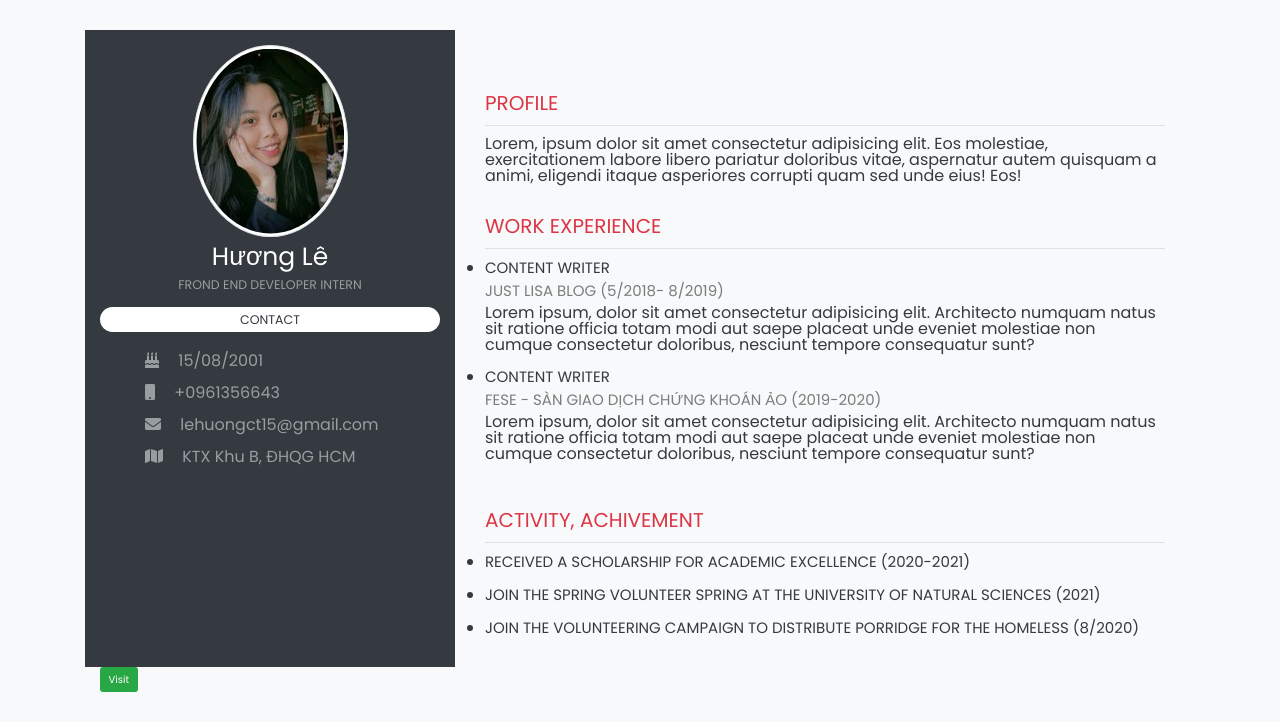
Repository: huongle158/cvhuongle
Page: index.html
An editor plug-in stored every save of this project. The page is shown before and after the next save, followed by the edit.
The browser window is 1280 px wide. The pictures show the whole page.
Some web libraries are served in a nearby version.

Above is the page before, as saved 2021-12-13 01:30:37.

### index.html
<!DOCTYPE html>
<html lang="en">
  <head>
    <title>Resume</title>
    <link
      href="https://fonts.googleapis.com/css2?family=Poppins:wght@400;600&display=swap"
      rel="stylesheet"
    />
    <link rel="stylesheet" href="https://cdnjs.cloudflare.com/ajax/libs/font-awesome/5.10.0/css/all.min.css" integrity="sha512-PgQMlq+nqFLV4ylk1gwUOgm6CtIIXkKwaIHp/PAIWHzig/lKZSEGKEysh0TCVbHJXCLN7WetD8TFecIky75ZfQ==" crossorigin="anonymous" referrerpolicy="no-referrer" />
    <!-- Required meta tags -->
    <meta charset="utf-8" />
    <meta
      name="viewport"
      content="width=device-width, initial-scale=1, shrink-to-fit=no"
    />

    <!-- Bootstrap CSS -->
    <link
      rel="stylesheet"
      href="https://stackpath.bootstrapcdn.com/bootstrap/4.3.1/css/bootstrap.min.css"
      integrity="sha384-ggOyR0iXCbMQv3Xipma34MD+dH/1fQ784/j6cY/iJTQUOhcWr7x9JvoRxT2MZw1T"
      crossorigin="anonymous"
    />
    <link rel="stylesheet" href="./assets/css/style.css" />
  </head>
  <body class="bg-light">
    <div class="container p-5">
      <div class="row">

        <div class="col-lg-4 bg-dark text-white text-center py-4">
          <div class="header-left">
            <img
              src="./assets/img/188108614_380364193279457_3096500343222530064_n (1).jpg"
              alt=""
              class="img-thumbnail rounded-circle mb-2"
            />
            <h1 class="display-5">Hương Lê</h1>
            <h4 class="lead text-uppercase text-white-50 mb-4">
              Frond End Developer Intern
            </h4>
          </div>

          <div>
              <h5 class="text-uppercase bg-white text-dark py-2 rounded-pill mb-4" >contact</h5>
              <ul class="list-unstyled text-white-50 ml-5 py-2 text-left">
                  <li class="list-item mb-4">
                      <i class="fas fa-birthday-cake mx-4"></i>
                     15/08/2001
                  </li>
                  <li class="list-item mb-4">
                      <i class="fa fa-mobile mx-4"></i>
                      +0961356643
                  </li>
                  <li class="list-item mb-4">
                      <i class="fa fa-envelope mx-4"></i>
                      lehuongct15@gmail.com
                  </li>
                  <li class="list-item mb-4">
                      <i class="fa fa-map mx-4"></i>
                      KTX Khu B, ĐHQG HCM
                  </li>
              </ul>
          </div>
          <div class="m-skill">
              <!-- <h5 class="text-uppercase bg-white text-dark py-2 rounded-pill mb-4" >skills</h5>
              <ul class="list text-white-50 ml-5 py-2 text-left text-capitalize">
                <li class="list-item mb-4">Writing skills</li>
                <li class="list-item mb-4">English skills</li>
                <li class="list-item mb-4">Basically using Figma, Git</li>
                <li class="list-item mb-4">draw diagrams related to Business Analystt</li>
              </ul> -->
          </div>

        </div>

        <div class="col-lg-8 bg-light text-dark py-4 px-5">
             <div class="header-right mb-5 m-education">
                <!-- <h2 class="text-uppercase text-danger">Education</h2>
                <hr>
                 <ul class="list">
                <li class="list-item mb-4">University of Economic and Laws - VNU - HCM ( 8/2019 - Now)</li>
                <li class="list-item mb-4">Management Information System Major (MIS)</li>
                <li class="list-item mb-4">GPA: 7.74</li>
              </ul> -->
            </div>

            <br>
            <div class="header-right mb-5">
                <h2 class="text-uppercase text-danger">profile</h2>
                <hr>
                <p>Lorem, ipsum dolor sit amet consectetur adipisicing elit. Eos molestiae, exercitationem labore libero pariatur doloribus vitae, aspernatur autem quisquam a animi, eligendi itaque asperiores corrupti quam sed unde eius! Eos!</p>

            </div>

            <div class="mb-5">
                <h2 class="text-uppercase text-danger">Work Experience</h2>
                <hr>
                <ul class="list">
                <li class="list-item mb-4">
                    <h4 class="display-6 text-uppercase">Content Writer</h4>
                    <h4 class="text-uppercase text-black-50">Just Lisa blog  (5/2018- 8/2019) </h4>
                    <p>Lorem ipsum, dolor sit amet consectetur adipisicing elit. Architecto numquam natus sit ratione officia totam modi aut saepe placeat unde eveniet molestiae non cumque consectetur doloribus, nesciunt tempore consequatur sunt?</p>
                </li>
                 <li class="list-item mb-4">
                    <h4 class="display-6 text-uppercase">Content Writer</h4>
                    <h4 class="text-uppercase text-black-50">FESE - Sàn Giao dịch Chứng khoán ảo (2019-2020)</h4>
                    <p>Lorem ipsum, dolor sit amet consectetur adipisicing elit. Architecto numquam natus sit ratione officia totam modi aut saepe placeat unde eveniet molestiae non cumque consectetur doloribus, nesciunt tempore consequatur sunt?</p>
                </li>

              </ul>

            </div>
            <br>
             <div class="m-activity">
                <h2 class="text-uppercase text-danger">Activity, Achivement</h2>
                <hr>
                <ul class="list">

                 <li class="list-item mb-4">
                    <h4 class="display-6 text-uppercase">Received a scholarship for academic excellence (2020-2021)</h4>
                </li>
                <li class="list-item mb-4">
                    <h4 class="display-6 text-uppercase">Join the Spring Volunteer Spring at the University of Natural Sciences (2021)</h4>
                </li>
                <li class="list-item mb-4">
                    <h4 class="display-6 text-uppercase">Join the volunteering campaign to distribute porridge for the homeless (8/2020)</h4>
                </li>

              </ul>

            </div>
        </div>
      </div>
      <button type="button" class="btn btn-success" onclick="displayEducation()">Visit</button>
    </div>

    <!-- Optional JavaScript -->
    <!-- jQuery first, then Popper.js, then Bootstrap JS -->
    <script
      src="https://code.jquery.com/jquery-3.3.1.slim.min.js"
      integrity="sha384-q8i/X+965DzO0rT7abK41JStQIAqVgRVzpbzo5smXKp4YfRvH+8abtTE1Pi6jizo"
      crossorigin="anonymous"
    ></script>
    <script
      src="https://cdnjs.cloudflare.com/ajax/libs/popper.js/1.14.7/umd/popper.min.js"
      integrity="sha384-UO2eT0CpHqdSJQ6hJty5KVphtPhzWj9WO1clHTMGa3JDZwrnQq4sF86dIHNDz0W1"
      crossorigin="anonymous"
    ></script>
    <script
      src="https://stackpath.bootstrapcdn.com/bootstrap/4.3.1/js/bootstrap.min.js"
      integrity="sha384-JjSmVgyd0p3pXB1rRibZUAYoIIy6OrQ6VrjIEaFf/nJGzIxFDsf4x0xIM+B07jRM"
      crossorigin="anonymous"
    ></script>
    <script src="./assets/js/main.js"></script>
  </body>
</html>

### assets/css/style.css
html {
  box-sizing: border-box;
  font-family: 'Roboto', sans-serif;
}
* {
  margin: 0;
  padding: 0;
}
*,
*:before,
*:after {
  box-sizing: border-box;
}
input,
textarea,
select,
button {
  outline: none;
}
input {
  line-height: normal;
}
label,
button {
  cursor: pointer;
}
a {
  text-decoration: none;
}
img {
  display: block;
  max-width: 100%;
}
*,
*:before,
*:after {
  box-sizing: border-box;
}
/* using rem unit */
html {
  font-size: 62.5%;
}
a {
  text-decoration: none;
}
img {
  display: block;
  max-width: 100%;
}
body {
  font-family: "Poppins", sans-serif;
  font-size: 16px;
  line-height: 1;
}
/*  */
img.rounded-circle{
margin: 0 auto;
}

### assets/js/main.js
const educationpoint = "http://localhost:3000";
const education = "education";
const skill = "skill"
const activity = "activity";

let count = 0;

async function displayEducation() {
    count += 1;
    if (count > 1) {
        return;
    }

    // const promise = await fetch(`${educationpoint}/${education}`);
    // const edudata = await promise.json();
    const edudata = await (await fetch(`${educationpoint}/${education}`)).json();
    const skillData = await (
      await fetch(`${educationpoint}/${skill}`)
    ).json();
    const activData = await (await fetch(`${educationpoint}/${activity}`)).json();
    const eduEle = document.querySelector(".m-education");
    const skillEle = document.querySelector(".m-skill");
    const activEle = document.querySelector(".m-activity");
    const eduTemplate = `<h2 class="text-uppercase text-danger">Education</h2>
                <hr>
                 <ul class="list">
                <li class="list-item mb-4">${edudata[0].university}</li>
                <li class="list-item mb-4">${edudata[0].major}</li>
                <li class="list-item mb-4">GPA: ${edudata[0].gpa}</li>
              </ul>`;
    const skillTemplate = `<h5 class="text-uppercase bg-white text-dark py-2 rounded-pill mb-4" >skills</h5>
              <ul class="list text-white-50 ml-5 py-2 text-left text-capitalize">
                <li class="list-item mb-4">${skillData[0].skill1}</li>
                <li class="list-item mb-4">${skillData[0].skill2}</li>
                <li class="list-item mb-4">${skillData[0].skill3}</li>
                <li class="list-item mb-4">${skillData[0].skill4}</li>
              </ul>`;
    const activTemplate = `<h2 class="text-uppercase text-danger">Activity, Achivement</h2>
                <hr>
                <ul class="list">

                 <li class="list-item mb-4">
                    <h4 class="display-6 text-uppercase">${activData[0].activity1}</h4>
                </li>
                <li class="list-item mb-4">
                    <h4 class="display-6 text-uppercase">${activData[0].activity2}</h4>
                </li>
                <li class="list-item mb-4">
                    <h4 class="display-6 text-uppercase">${activData[0].activity3}</h4>
                </li>

              </ul>`;
    eduEle.insertAdjacentHTML("afterbegin", eduTemplate)
    skillEle.innerHTML = skillTemplate;
    activEle.innerHTML=activTemplate;
    // console.log(skillData)
}

After the next save:
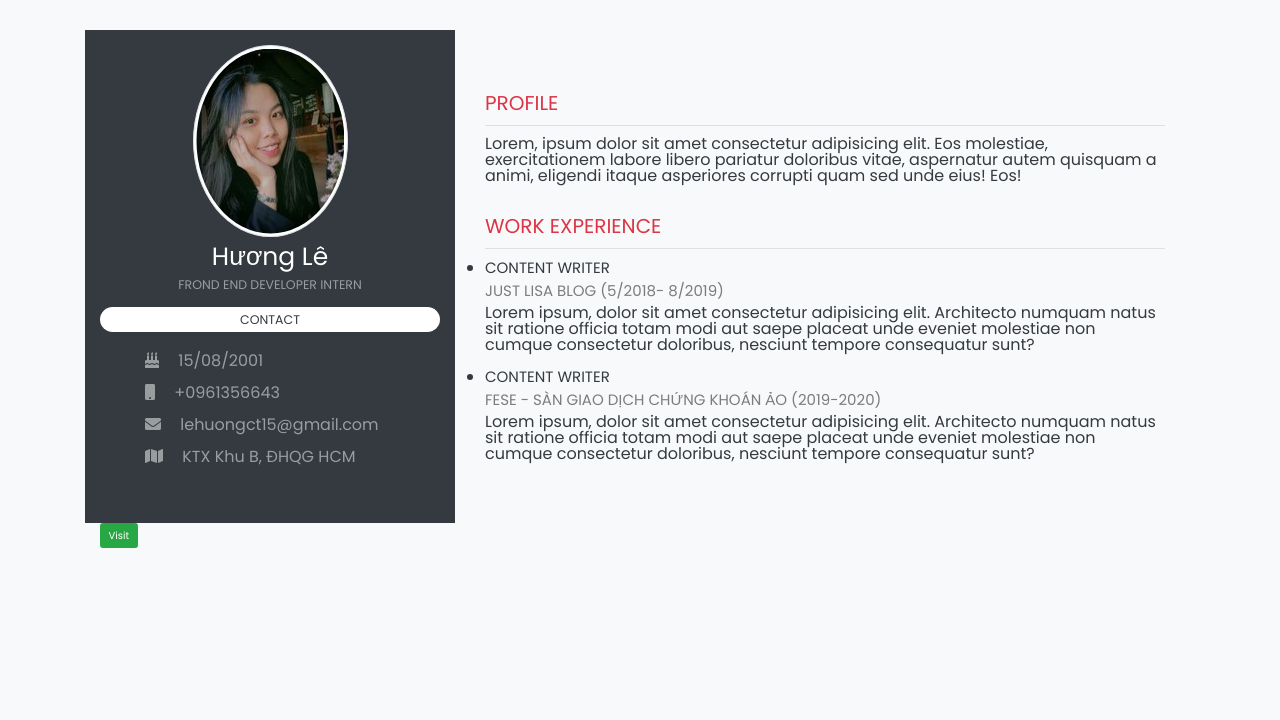
Saved 10 s later.
--- a/index.html
+++ b/index.html
@@ -112,7 +112,7 @@
             </div>
             <br>
              <div class="m-activity">
-                <h2 class="text-uppercase text-danger">Activity, Achivement</h2>
+                <!-- <h2 class="text-uppercase text-danger">Activity, Achivement</h2>
                 <hr>
                 <ul class="list">
 
@@ -126,7 +126,7 @@
                     <h4 class="display-6 text-uppercase">Join the volunteering campaign to distribute porridge for the homeless (8/2020)</h4>
                 </li>
 
-              </ul>
+              </ul> -->
 
             </div>
         </div>
